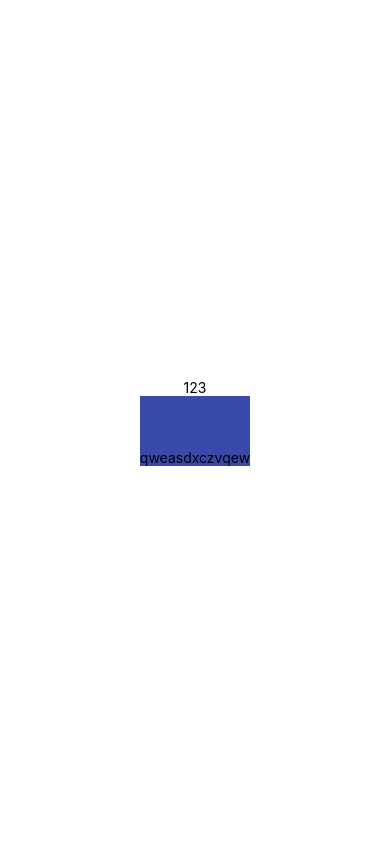
Repository: saint-fons/React-Native-Expo-TypeScript-Hooks
Screen: /
These files come from the project's save history. The screen is drawn as it stood at one moment and after the next save; the edit follows.
The app was drawn by React Native's web renderer in a window 390 px wide. The project was rebuilt for these pictures with package versions that can differ from the ones it lists, and the page was loaded fresh each time.

Above is the screen before, as saved 2021-07-26 16:00:55.

After the next save:
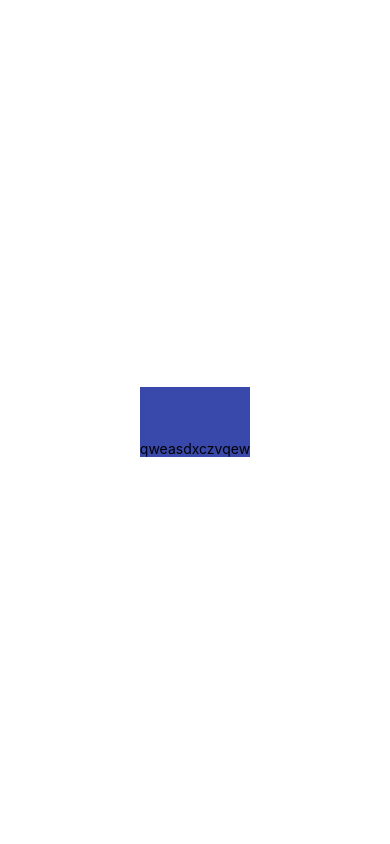
Saved 19 s later.
--- a/App.tsx
+++ b/App.tsx
@@ -6,8 +6,6 @@ import NewSampleFile from './components/NewSampleFile';
 export default function App() {
   return (
     <View style={styles.container}>
-      <Text>123</Text>
-      <StatusBar style="auto" />
       <NewSampleFile />
     </View>
   );
